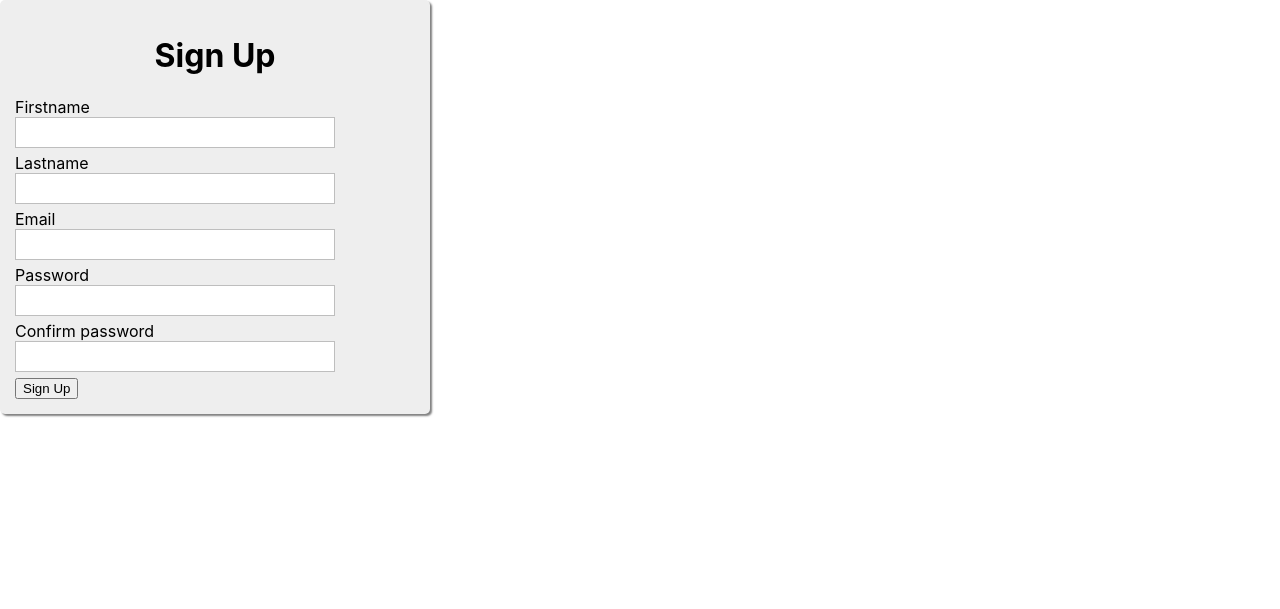
Repository: khamraeva/JSP-homework1-sighup
Page: /
An editor plug-in stored every save of this project. The page is shown before and after the next save, followed by the edit.
The browser window is 1280 px wide. The pictures show the whole page.
The project was rebuilt for these pictures with package versions that can differ from the ones it lists, and the page was loaded fresh each time. Also part of the build but not shown: src/App.css.

Above is the page before, as saved 2020-07-22 16:58:44.

### src/App.js
import React from 'react';
import SignUp from './Components/SignUp/SignUp';
import './App.css';


function App() {
  return (
    <div className="App">
      <SignUp />
    </div>
  );
}

export default App;

### src/Components/SignUp/SignUp.js
import React, { Component } from 'react';
import './SignUp.css';

class SignUp extends Component {
    render() {
        return (
            <div className={'signup-container'}>
                <h1>Sign Up</h1>
                <form className={'signup-form'}>
                    <label>Firstname</label>
                    <input
                        className='input'
                        type='text'
                    />
                    <label>Lastname</label>
                    <input
                        className='input'
                        type='text'
                    />
                    <label>Email</label>
                    <input
                        className='input'
                        type='text'
                    />
                    <label>Password</label>
                    <input
                        className='input'
                        type='password'
                    />
                    <label>Confirm password</label>
                    <input
                        className='input'
                        type='password'
                    />
                    <button>Sign Up</button>
                </form>
            </div>
        )
    }
}

export default SignUp

### src/Components/SignUp/SignUp.css
.signup-container {
    display: flex;
    justify-content: center;
    flex-direction: column;
    padding-top: 100px;
    flex-grow: 1;
    width: 400px;
    background: #eee;
    box-shadow: 2px 2px 2px rgba(0, 0, 0, .5);
    padding: 15px;
    border-radius: 5px;
}

.signup-container h1 {
    text-align: center;
}

.signup-form {

}

.input {
    display: block;
    /* justify-content: center; */
    box-sizing: border-box;
    border: 1px solid #bebebe;
    padding: 7px;
    margin: 0 0 5px;
    width: 80%;
    outline: none;
    transition: all 300ms ease-in-out;
}

Loaded but not shown: public/index.html (common file); src/index.js (common file); src/index.css (common file); src/serviceWorker.js (common file)

After the next save:
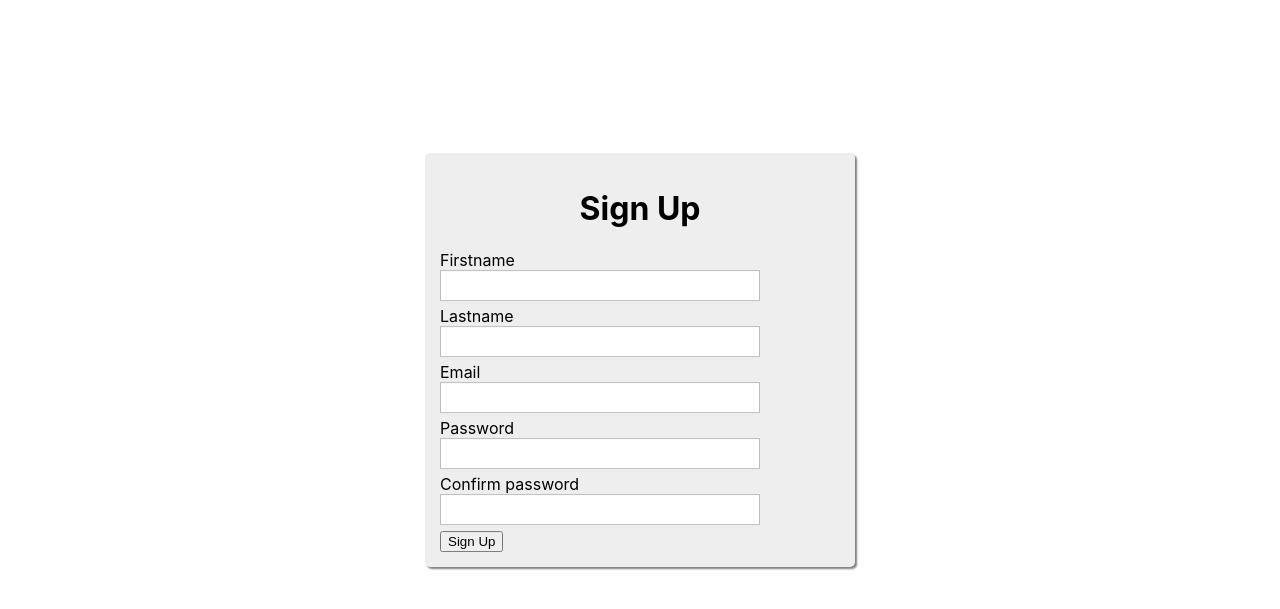
Saved 15 s later.
--- a/src/Components/SignUp/SignUp.css
+++ b/src/Components/SignUp/SignUp.css
@@ -1,7 +1,11 @@
 .signup-container {
-    display: flex;
+    padding: 50px;
+    background: #ccc;
+    position: fixed; top: 50%; left: 50%;
+    transform: translate(-50%, -50%);
+    /* display: flex;
     justify-content: center;
-    flex-direction: column;
+    flex-direction: column; */
     padding-top: 100px;
     flex-grow: 1;
     width: 400px;
